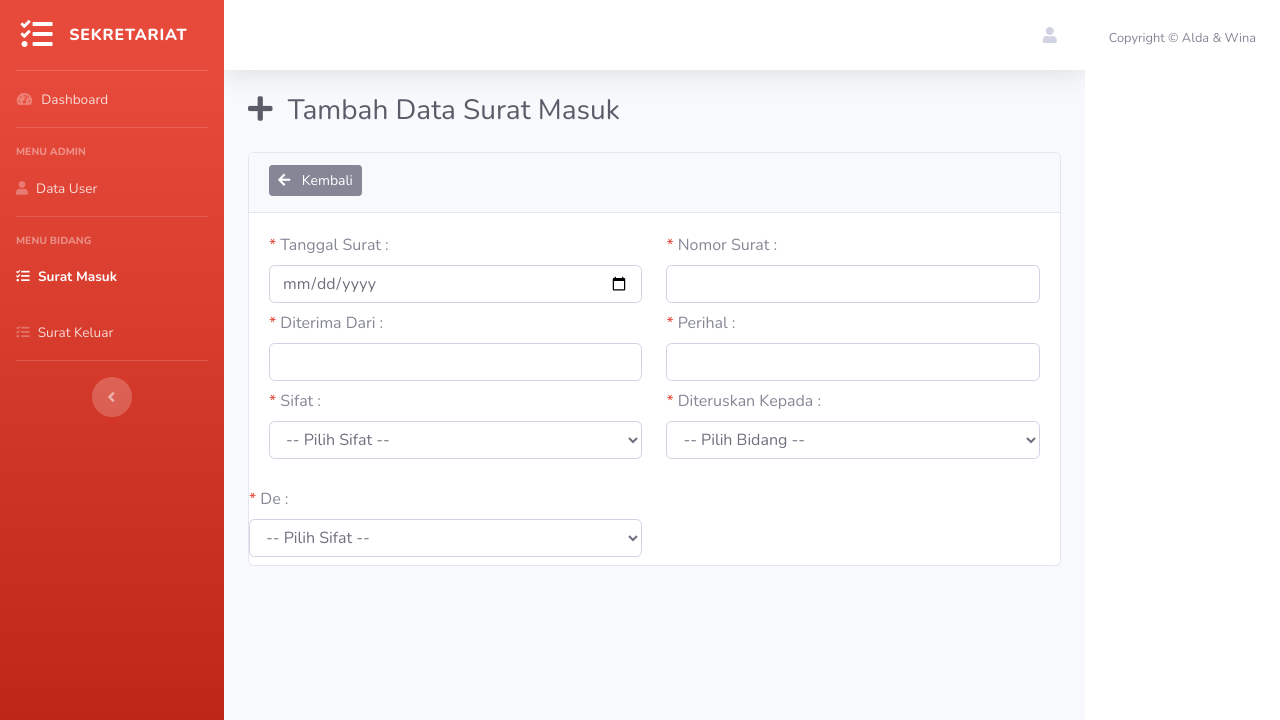
Repository: aldasamrotulfuadah/projek-PKL
Page: http://localhost/suratmasuk/create
These files come from the project's save history. The page is drawn as it stood at one moment and after a run of saves; the edit follows.
The browser window is 1280 px wide. The pictures show the whole page.
The page is served by the project's Laravel application, run on PHP 8.4 with Laravel 12. A made-up administrator, Test User (test@example.com), is signed in.

Above is the page before, as saved 2026-03-12 11:27:04.

After the next 5 saves:
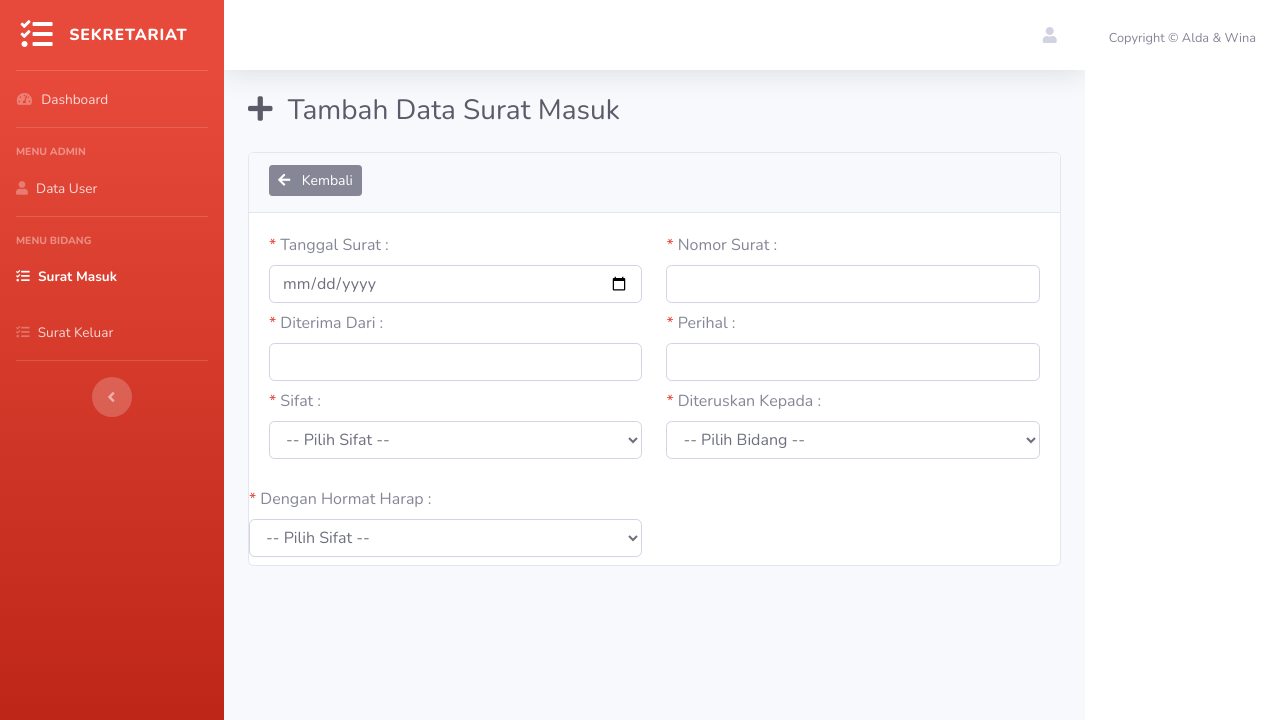
The 5 saves are shown as one change because they came seconds apart.
The last was saved 12 s later.
--- a/resources/views/suratm/create.blade.php
+++ b/resources/views/suratm/create.blade.php
@@ -82,7 +82,7 @@
                 <div class="col-6">
                     <label class="form-label">
                         <span class="text-danger">*</span>
-                        De :
+                        Dengan Hormat Harap :
                     </label>
                     <select name="sifat" class="form-control">
                         <option selected>-- Pilih Sifat --</option>
